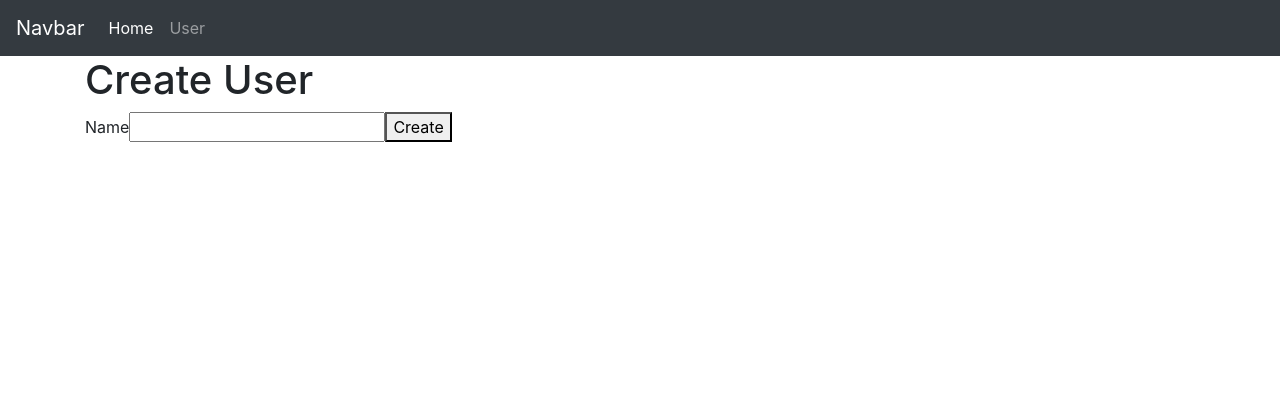
Repository: HuuNghi/nodeTokyo
Page: http://localhost/users/create
These files come from the project's save history. The page is drawn as it stood at one moment and after the next save; the edit follows.
The browser window is 1280 px wide. The pictures show the whole page.
The page is served by the project's Node server (index.js). Other server files are loaded and not shown.

Above is the page before, as saved 2020-04-06 16:00:32.

### views/users/create.pug
extend ../layouts/common
block content
  h1 Create User
  form(action="/users/create", method="POST")
    label Name
    input(type="text", name="name")
    button Create

### views/layouts/common.pug
html
  head
    link(rel="stylesheet", href="https://stackpath.bootstrapcdn.com/bootstrap/4.4.1/css/bootstrap.min.css")
    link(rel="stylesheet", href="/styles/style.css")
  body
    nav.navbar.navbar-expand-lg.navbar-dark.bg-dark
      a.navbar-brand(href='#') Navbar
      button.navbar-toggler(type='button', data-toggle='collapse', data-target='#navbarSupportedContent', aria-controls='navbarSupportedContent', aria-expanded='false', aria-label='Toggle navigation')
        span.navbar-toggler-icon
      #navbarSupportedContent.collapse.navbar-collapse
        ul.navbar-nav.mr-auto
          li.nav-item.active
            a.nav-link(href='#') Home
          li.nav-item
            a.nav-link(href='#') User
    .container
      block content

### index.js
const express = require('express');
const bodyParser = require('body-parser');
const userRouter = require('./routers/user.router');

const port = 3000;
const app = express();

app.set('view engine', 'pug');
app.set('views', './views');
app.use(bodyParser.json()) // for parsing application/json
app.use(bodyParser.urlencoded({ extended: true }));
app.use('/users', userRouter);
app.use(express.static('public'));

app.listen(port, () => {
  console.log(`App listening on port ${port}`);
});

app.get('/', (req, res) => {
  res.render('index', {
    name: 'Nghi',
  });
});

### controllers/user.controller.js
const db = require('../db');
const shortid = require('shortid');

module.exports.index = (req, res) => {
  res.render('users/index', {
    users: db.get('users').value(),
    q: req.query.q,
  });
};

module.exports.search = (req, res) => {
  var q = req.query.q;
  var result = db.get('users').value().filter((user) => user.name.toLowerCase().indexOf(q.toLowerCase()) !== -1);
  console.log(result);
  res.render('users/index', {
    users: result ? result : db.get('users').value(),
    q,
  });
};

module.exports.createView = (req, res) => {
  res.render('users/create');
};

module.exports.create = (req, res) => {
  var name = req.body.name;
  if (name) {
    db.get('users').push({
      id: shortid.generate(),
      name
    }).write();
  }
  res.redirect('/users')
};

module.exports.view = (req, res) => {
  var id = req.params.id;
  var user = db.get('users').find({ id }).value();
  res.render('users/view', { user });
};

### public/styles/style.css
/* Style css for project */

After the next save:
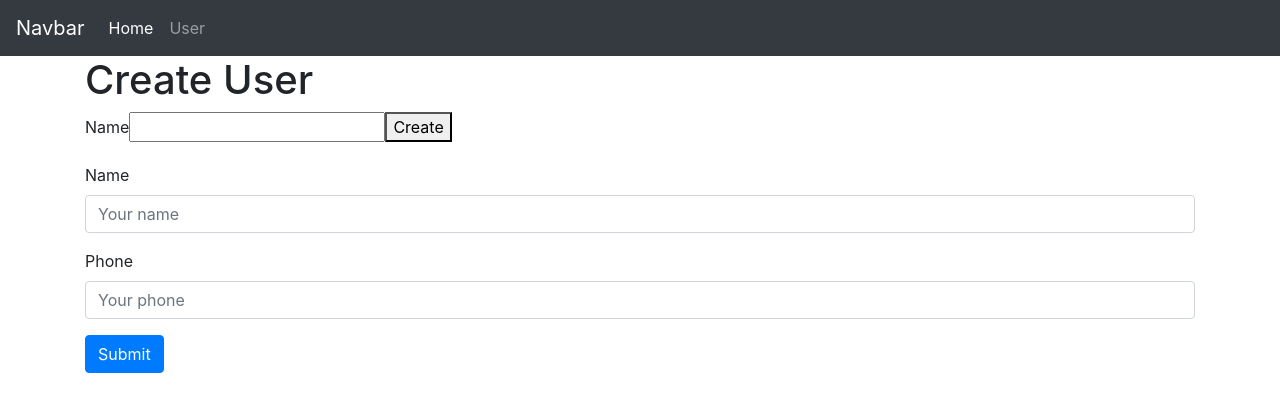
Saved 2 min 19 s later.
--- a/views/users/create.pug
+++ b/views/users/create.pug
@@ -5,3 +5,11 @@ block content
     label Name
     input(type="text", name="name")
     button Create
+  form(action="/users/create", method="POST")
+  .form-group
+    label(for='exampleInputEmail1') Name
+    input.form-control(type='text', placeholder='Your name')
+  .form-group
+    label(for='exampleInputPassword1') Phone
+    input.form-control(type='password', placeholder='Your phone')
+  button.btn.btn-primary(type='submit') Submit
